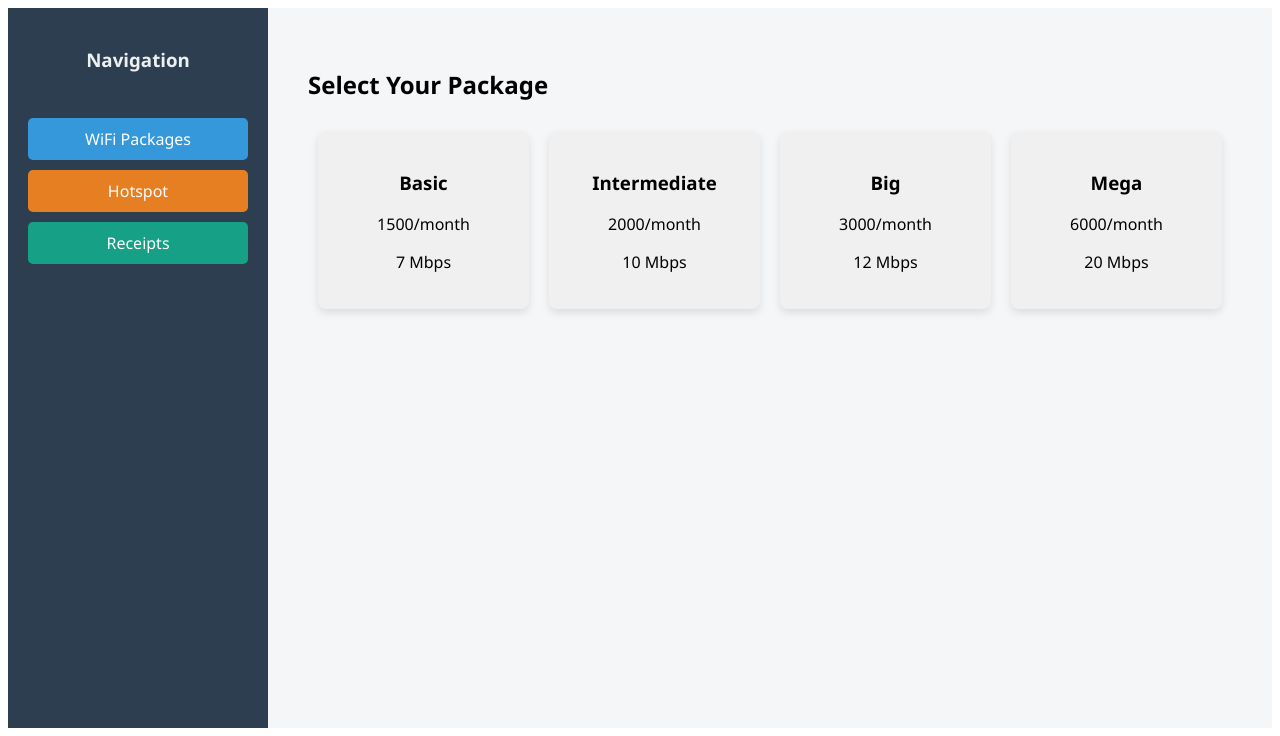
Repository: rachel648/system_Bill
Page: /packages (app in client/)
These files come from the project's save history. The page is drawn as it stood at one moment and after the next save; the edit follows.
The browser window is 1280 px wide. The pictures show the whole page.
The project was rebuilt for these pictures with package versions that can differ from the ones it lists, and the page was loaded fresh each time. Also part of the build but not shown: client/src/components/ServiceForm.js, client/src/Hotspot.js. Imported but missing from the stored project, and not drawn on this page: client/src/Receipts.

Above is the page before, as saved 2025-05-11 18:28:12.

After the next save:
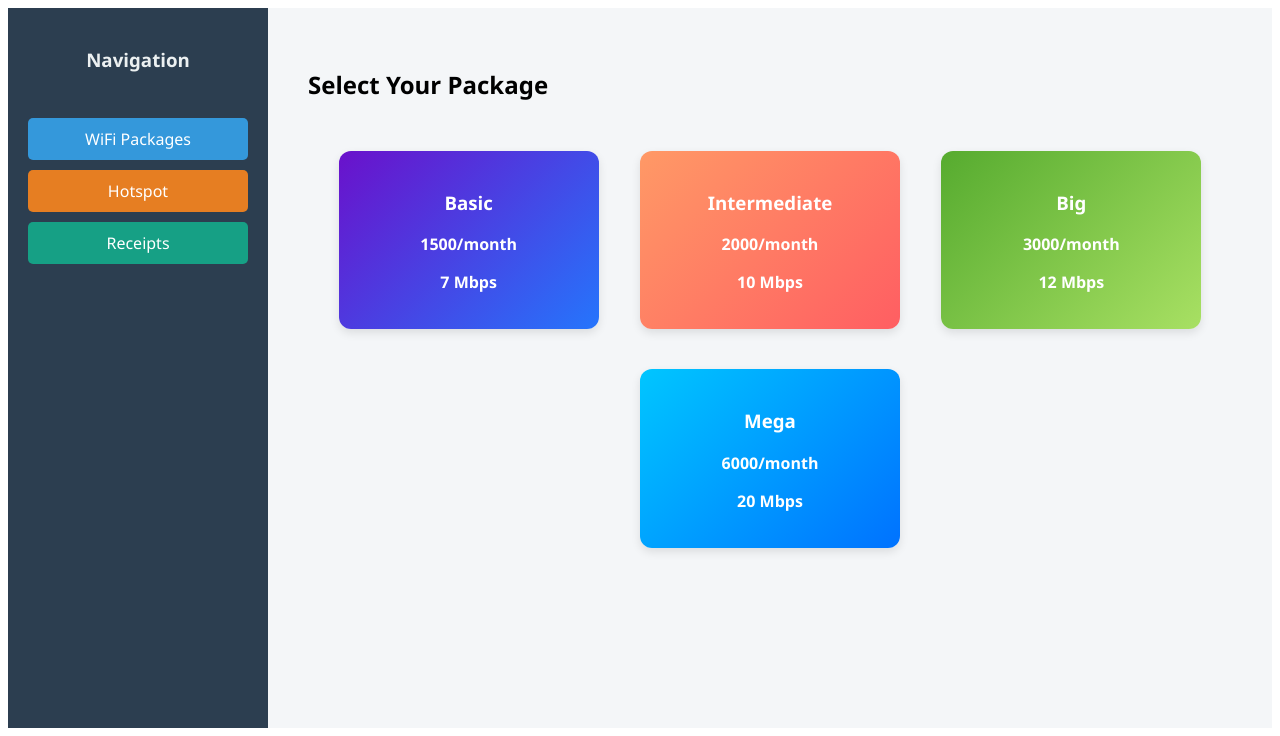
Saved 6 min 3 s later.
--- a/client/src/Packages.css
+++ b/client/src/Packages.css
@@ -1,22 +1,47 @@
-/* Style for the cards */
+/* Style for the cards container */
 .card-container {
   display: flex;
   justify-content: space-around;
+  flex-wrap: wrap;
+  gap: 20px;
+  padding: 20px;
 }
 
+/* Shared card styles */
 .card {
   padding: 20px;
   margin: 10px;
   cursor: pointer;
-  border-radius: 8px;
-  background-color: #f0f0f0;
+  border-radius: 12px;
   text-align: center;
-  width: 200px;
-  box-shadow: 0 4px 8px rgba(0, 0, 0, 0.1);
+  width: 220px;
+  color: white;
+  font-weight: bold;
+  box-shadow: 0 4px 10px rgba(0, 0, 0, 0.1);
+  transition: transform 0.3s ease, box-shadow 0.3s ease;
 }
 
+/* Different gradient colors for each package card */
+.card:nth-child(1) {
+  background: linear-gradient(135deg, #6a11cb, #2575fc); /* Purple to blue */
+}
+
+.card:nth-child(2) {
+  background: linear-gradient(135deg, #ff9966, #ff5e62); /* Orange to red */
+}
+
+.card:nth-child(3) {
+  background: linear-gradient(135deg, #56ab2f, #a8e063); /* Green to light green */
+}
+
+.card:nth-child(4) {
+  background: linear-gradient(135deg, #00c6ff, #0072ff); /* Light blue to dark blue */
+}
+
+/* Hover effect */
 .card:hover {
-  background-color: #e0e0e0;
+  transform: scale(1.08);
+  box-shadow: 0 10px 20px rgba(0, 0, 0, 0.2);
 }
 
 /* Modal styles */
@@ -40,6 +65,7 @@
   text-align: center;
 }
 
+/* Input styles */
 input {
   width: 100%;
   padding: 8px;
@@ -48,6 +74,7 @@ input {
   border-radius: 4px;
 }
 
+/* Button styles */
 button {
   padding: 10px;
   background-color: #4CAF50;
